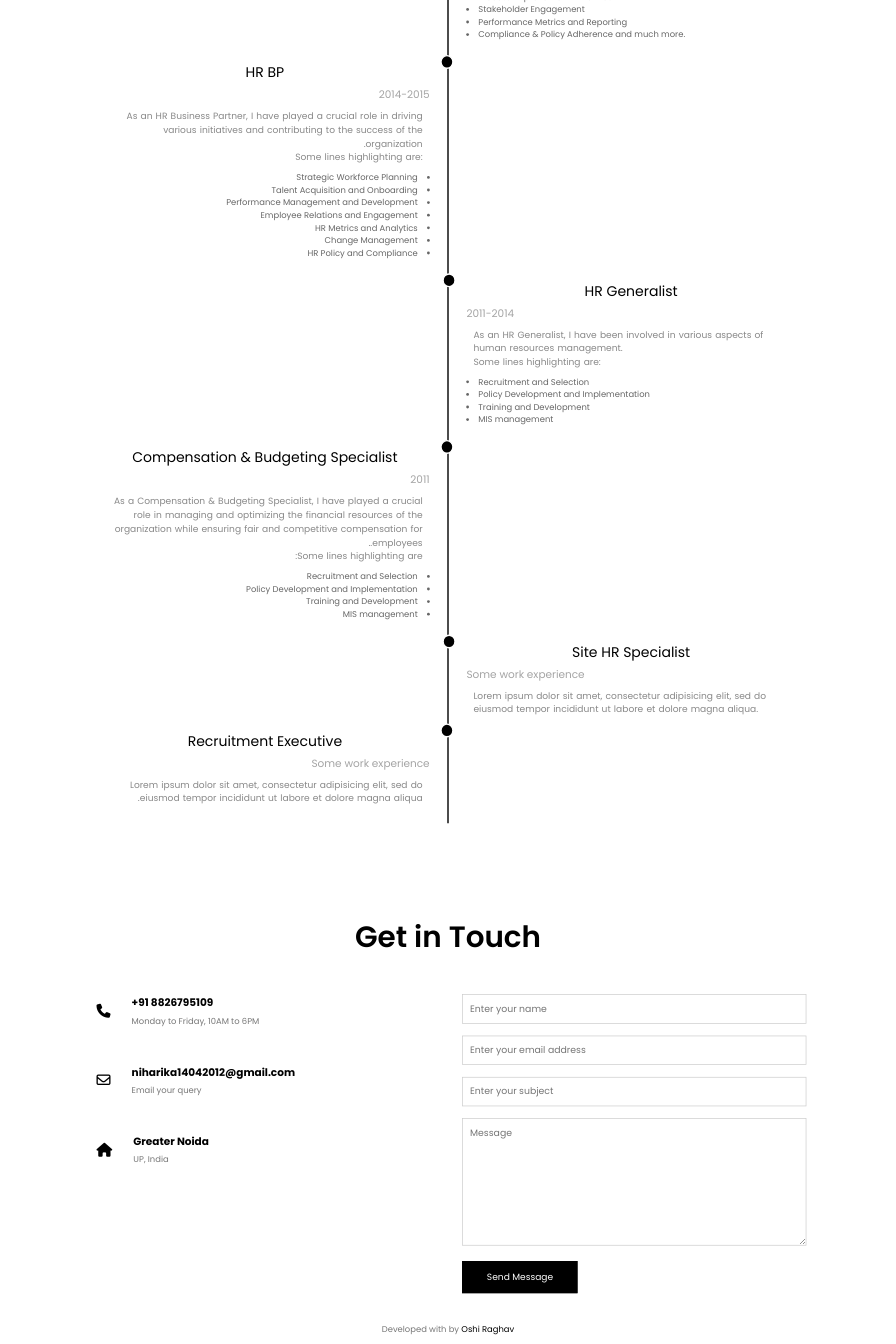
Repository: xoshiraghavx/Niharika-portfolio
Page: index.html
These files come from the project's save history. The page is drawn as it stood at one moment and after the next save; the edit follows.
The browser window is 1280 px wide. The pictures show the part of the page from y = 1758 to 3678 px (the page is 3678 px tall before and 3658 px after), at 70% of full size.
Some web libraries are served in a nearby version.

Above is the page before, as saved 2023-06-16 10:53:58.

After the next save:
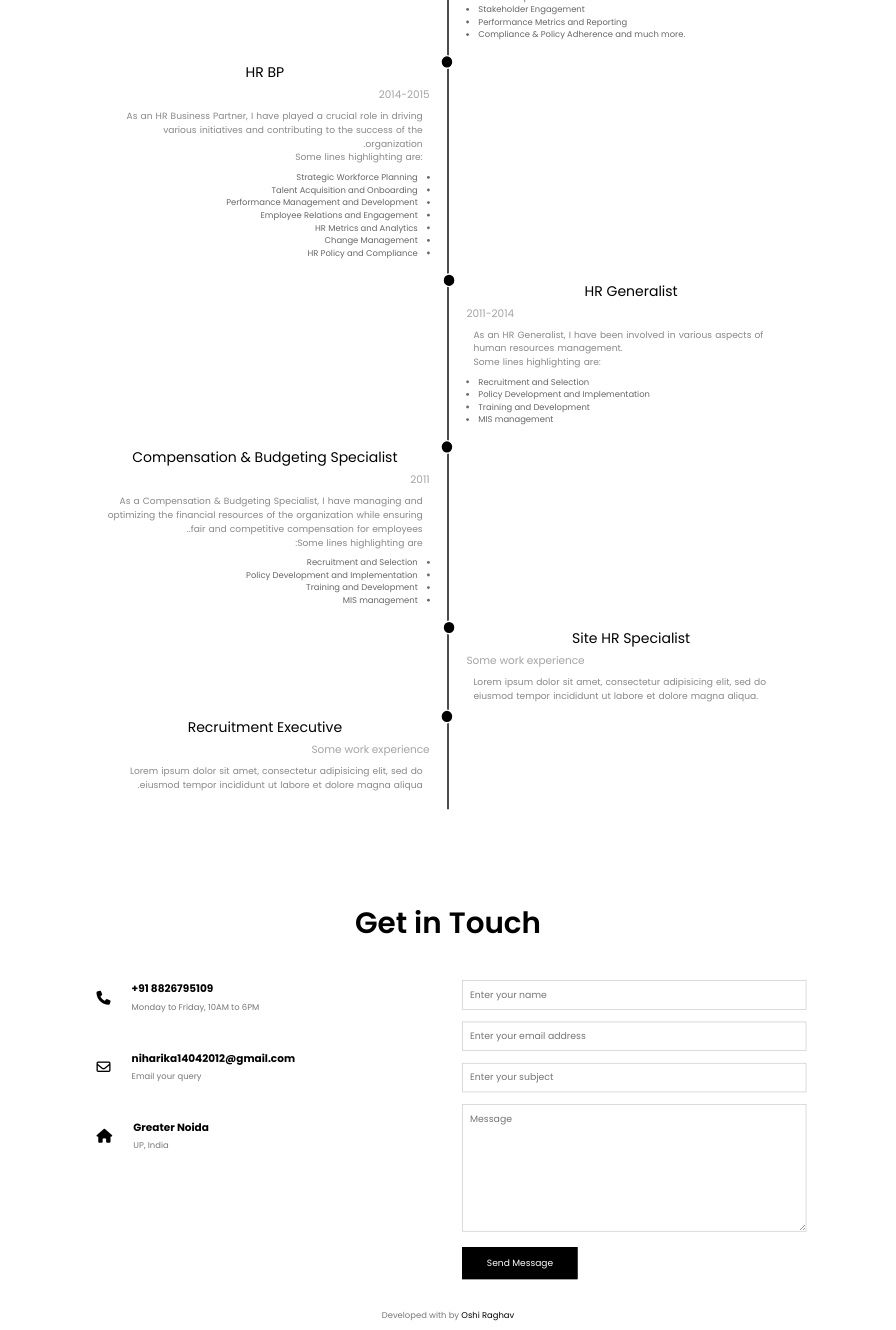
Saved 8 s later.
--- a/index.html
+++ b/index.html
@@ -169,7 +169,7 @@
                <div class="timeline-content">
                   <h3>Compensation & Budgeting Specialist </h3>
                   <span>2011</span>
-                  <p>As a Compensation & Budgeting Specialist, I have played a crucial role in managing and optimizing the financial resources of the organization while ensuring fair and competitive compensation for employees..
+                  <p>As a Compensation & Budgeting Specialist, I have managing and optimizing the financial resources of the organization while ensuring fair and competitive compensation for employees..
                     <br>Some lines highlighting are:
                     <li>Recruitment and Selection</li>
                     <li>Policy Development and Implementation</li>
